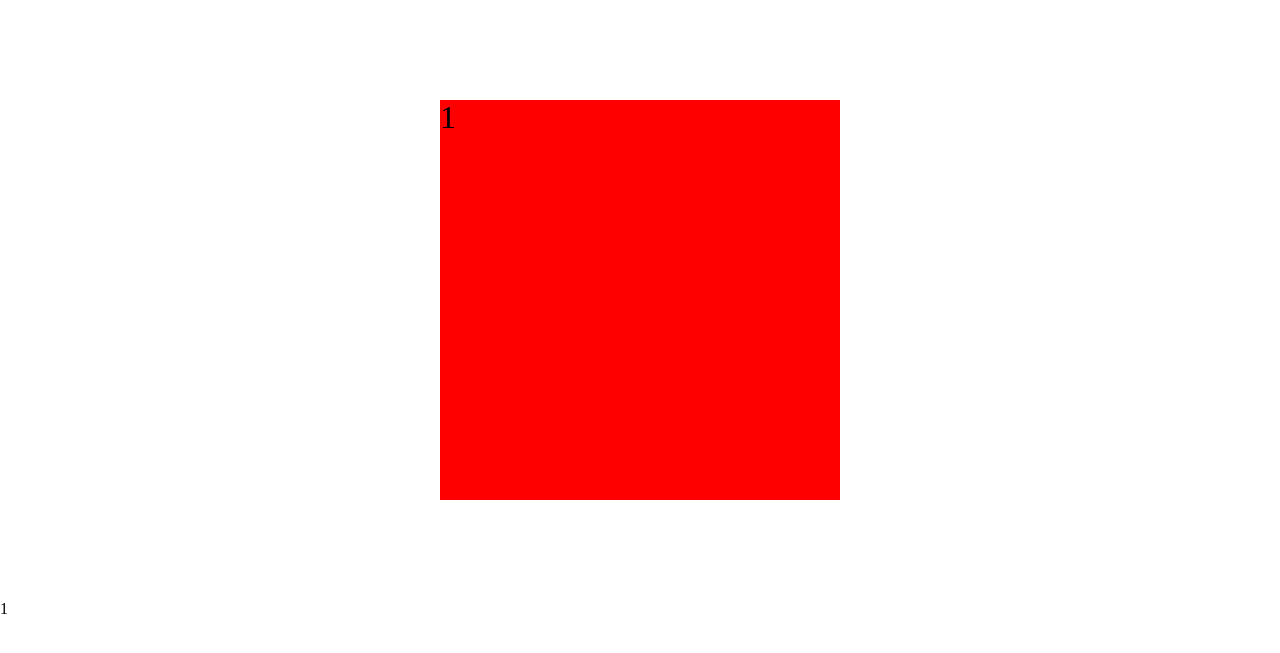
Repository: LstHeart/html-learning
Page: css3/scale.html
An editor plug-in stored every save of this project. The page is shown before and after the next save, followed by the edit.
The browser window is 1280 px wide. The pictures show the whole page.

Above is the page before, as saved 2021-01-12 20:34:33.

After the next save:
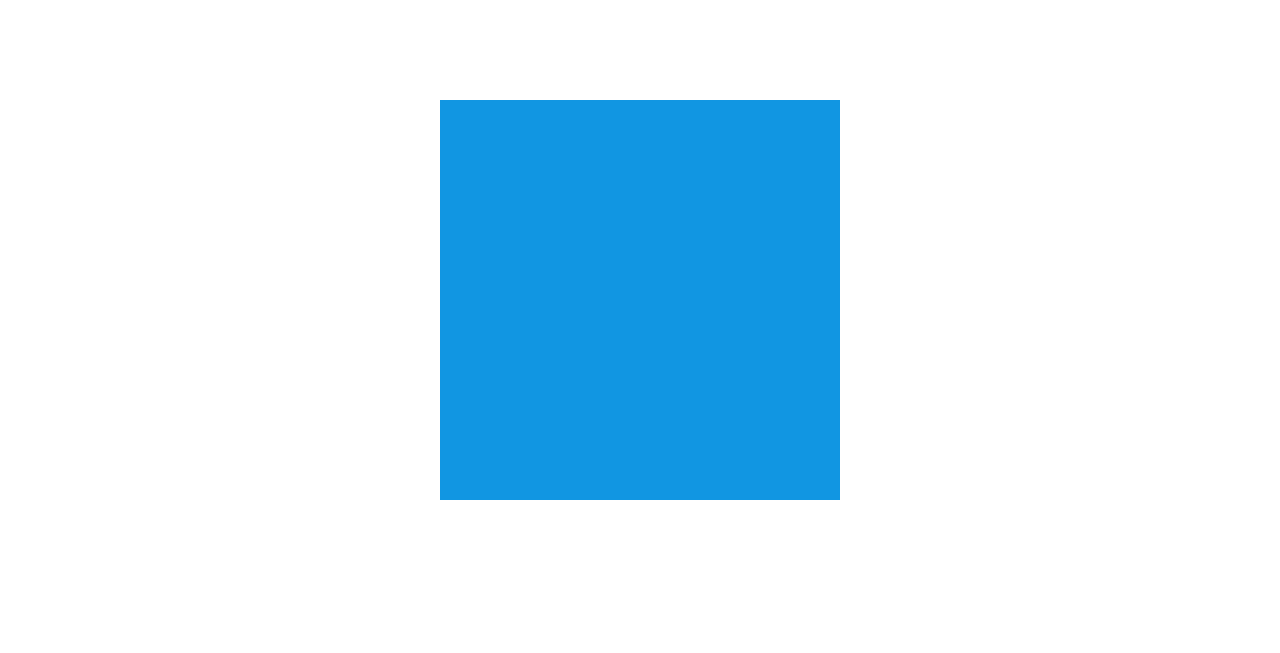
Saved 14 s later.
--- a/css3/scale.html
+++ b/css3/scale.html
@@ -13,14 +13,14 @@
       .box {
         width: 200px;
         height: 200px;
-        background-color: #ff0000;
+        background-color: #1196e2;
         margin: 200px auto;
         transform: scale(2);
       }
     </style>
   </head>
   <body>
-    <div class="box">1</div>
-    1
+    <div class="box"></div>
+
   </body>
 </html>
